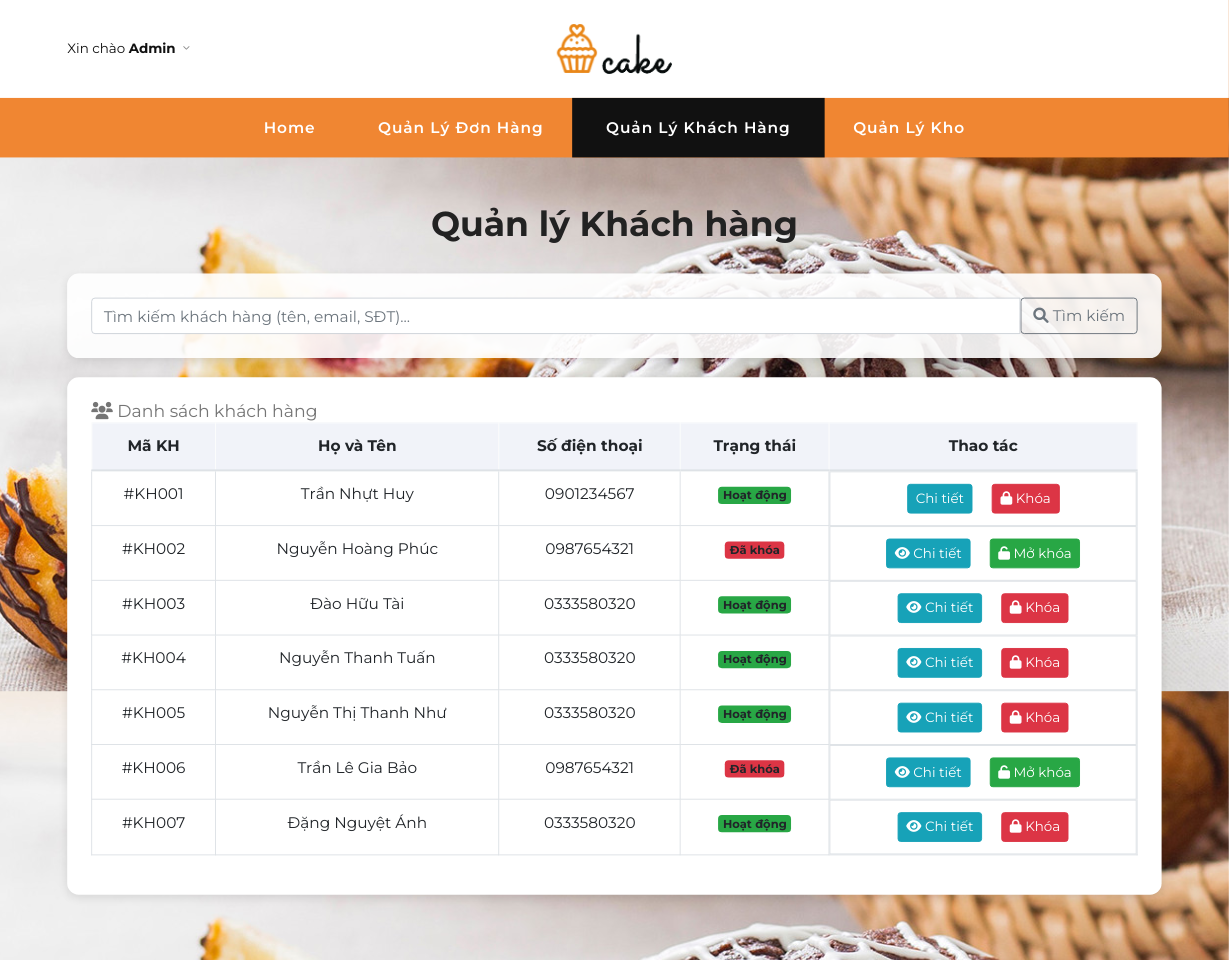
Repository: nhanto2n-byte/Nhom10ChieuThu3
Page: ProjectWeb/cake-main/admin_member.html
An editor plug-in stored every save of this project. The page is shown before and after the next save, followed by the edit.
The browser window is 1280 px wide. The pictures show the whole page, at 96% of full size.
Backgrounds fixed to the window are drawn as part of the page.

Above is the page before, as saved 2025-11-11 08:23:09.
Console error: TypeError: Cannot read properties of null (reading 'addEventListener')

After the next save:
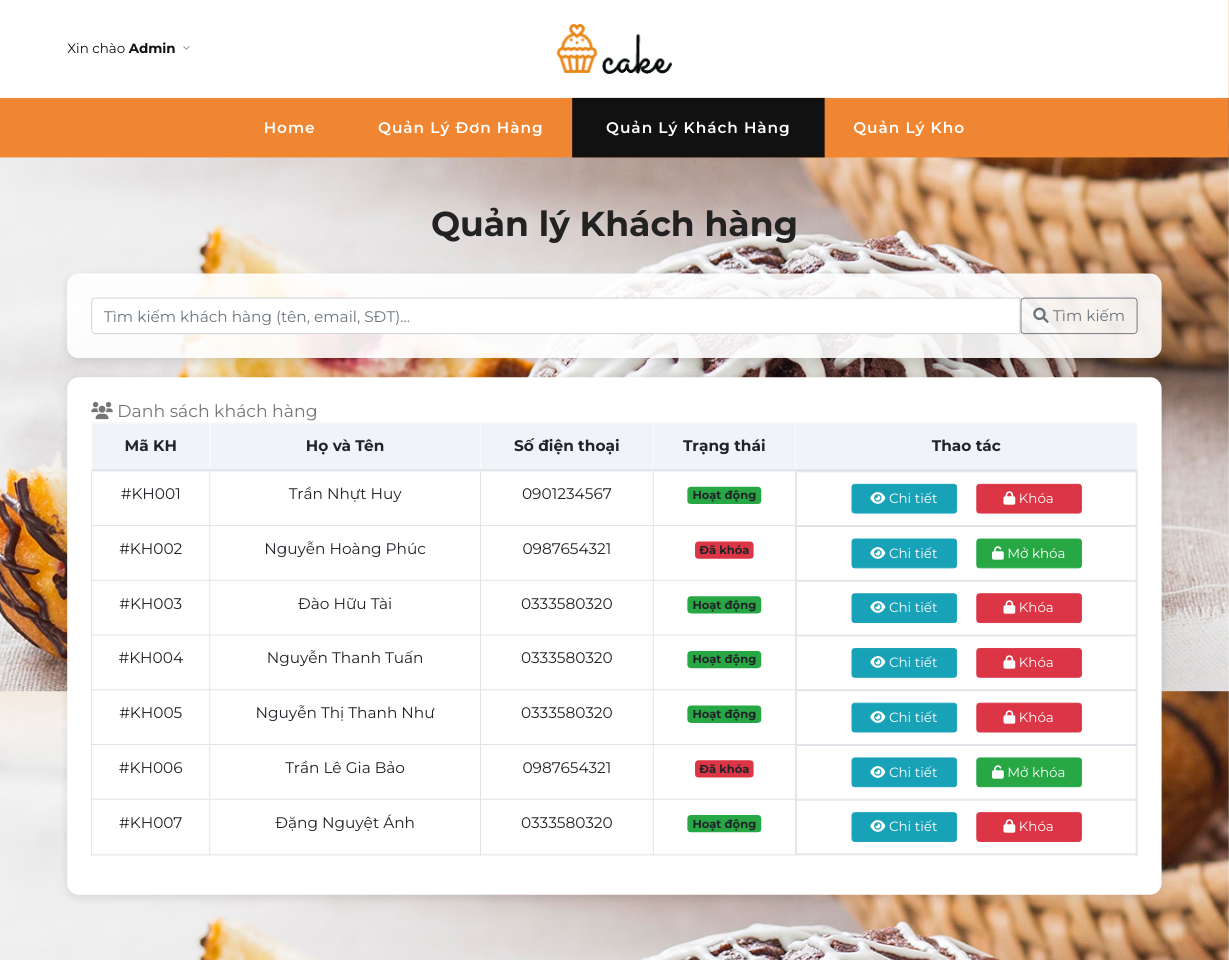
Saved 90 s later.
--- a/ProjectWeb/cake-main/admin_member.html
+++ b/ProjectWeb/cake-main/admin_member.html
@@ -234,6 +234,11 @@
   .btn-add {
     margin-bottom: 20px;
   }
+  .action-buttons .btn {
+    min-width: 110px;   /* Giữ nút luôn bằng nhau */
+    white-space: nowrap; /* Không cho chữ xuống dòng */
+}
+
     </style>
 </head>
 
@@ -325,7 +330,7 @@
 
             <td class="action-buttons d-flex justify-content-center" style="gap:20px;">
                 <button class="btn btn-info btn-sm btn-view">
-                    <i class=""></i> Chi tiết
+                    <i class="fa-solid fa-eye"></i> Chi tiết
                 </button>
                 <button class="btn btn-danger btn-sm btn-lock">
                     <i class="fa-solid fa-lock"></i> Khóa
